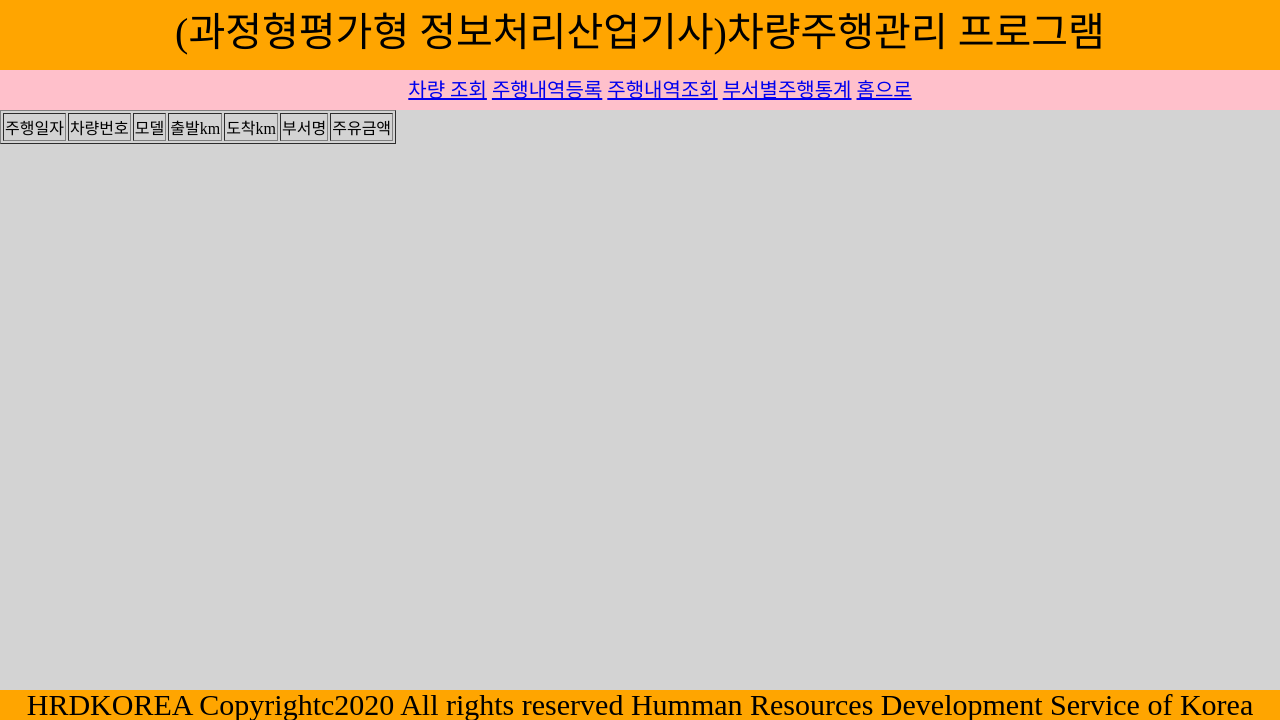
Repository: jeajune0221/information
Page: http://localhost/HRD_2411/drivelist.jsp
The author's editor kept a copy of each file at every save. The page is drawn from the files as they stood at one save, then again after the next save.
The browser window is 1280 px wide. The pictures show the whole page.
The page is served by Tomcat 9. Queries for data that is not in the repository find no rows.

Above is the page before, as saved 2026-04-13 08:18:47.

After the next save:
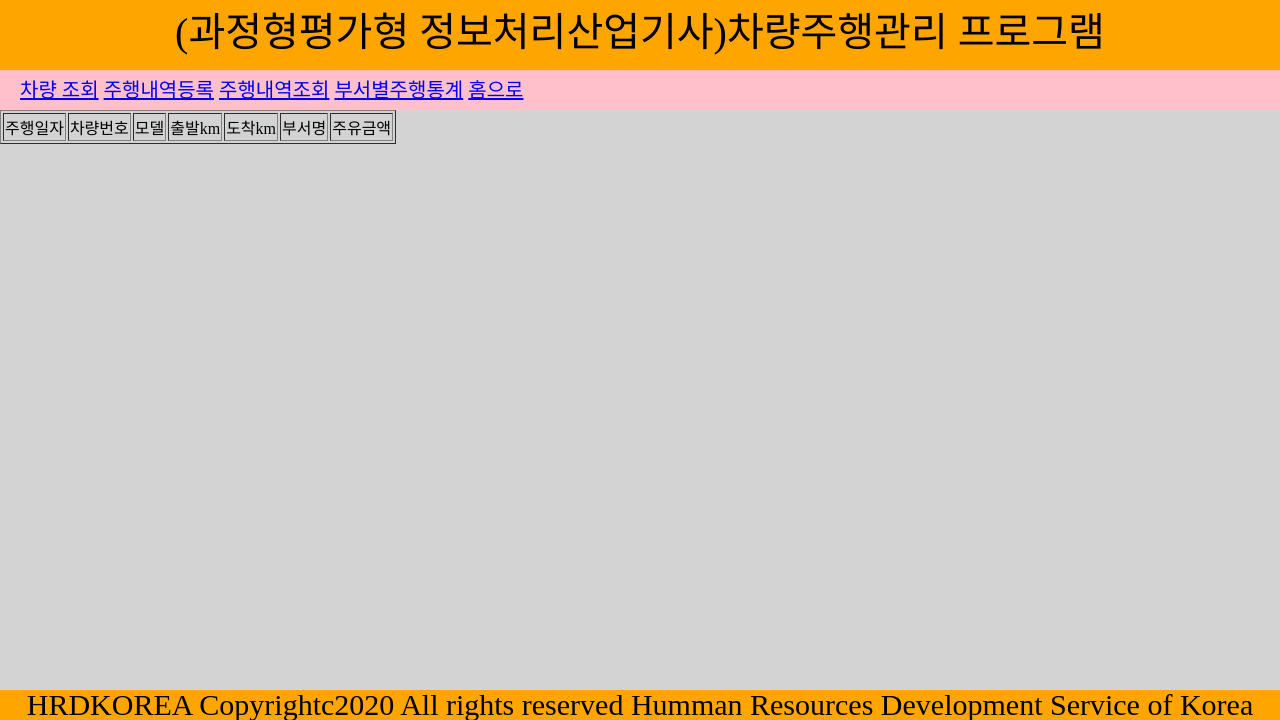
Saved 51 s later.
--- a/HRD_2411/src/main/webapp/drivelist.jsp
+++ b/HRD_2411/src/main/webapp/drivelist.jsp
@@ -10,8 +10,8 @@
 <link href="style.css" rel = "stylesheet"/>
 </head>
 <body>
+<jsp:include page="header.jsp"></jsp:include>
 <section>
-<jsp:include page="header.jsp"></jsp:include>
 <form style =" display = flex; align-text:center;justify-content : center; align-items :center ;">
 	<table border = "1">
 		<tr>
